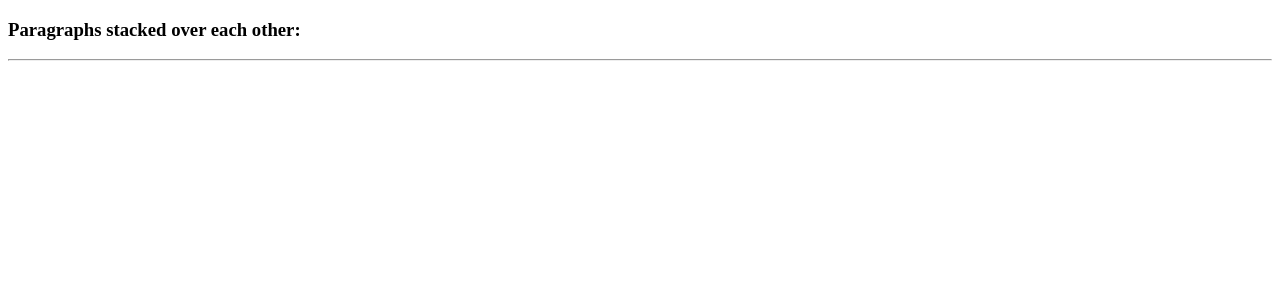
Repository: KrishnaSandeep79/WPS-Assignment
Page: WPS/WebContent/para.html
The author's editor kept a copy of each file at every save. The page is drawn from the files as they stood at one save, then again after the next save.
The browser window is 1280 px wide. The pictures show the whole page.

Above is the page before, as saved 2019-08-24 05:20:52.

### WPS/WebContent/para.html
<!DOCTYPE html>
<html>
<head>
<meta name="viewport" content="width=device-width,initial-scale=1.0">
<title>stacked paras</title>
</head>
<body>
<h3>Paragraphs stacked over each other:</h3>
<hr>


</body>
</html>

After the next save:
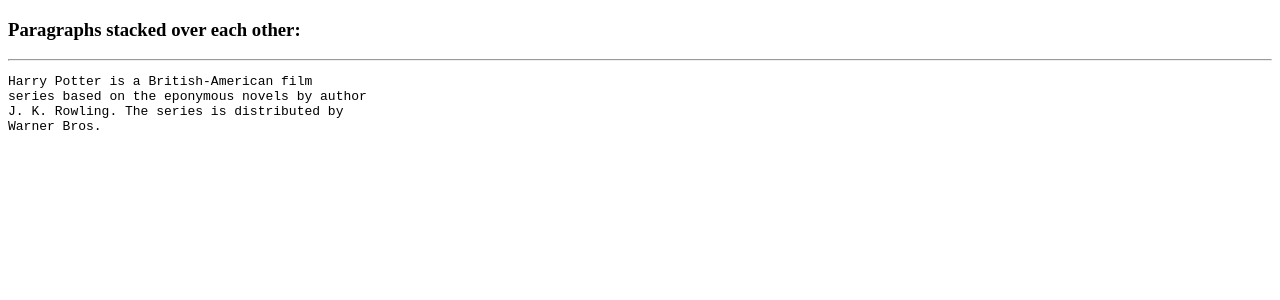
Saved 13 min 41 s later.
--- a/WPS/WebContent/para.html
+++ b/WPS/WebContent/para.html
@@ -7,7 +7,14 @@
 <body>
 <h3>Paragraphs stacked over each other:</h3>
 <hr>
-
+<div id="first">
+<pre>Harry Potter is a British-American film
+series based on the eponymous novels by author
+J. K. Rowling. The series is distributed by
+Warner Bros.
+</pre></div>
+<div id="second"><p></p></div>
+<div id="third"><p></p></div>
 
 </body>
 </html>
